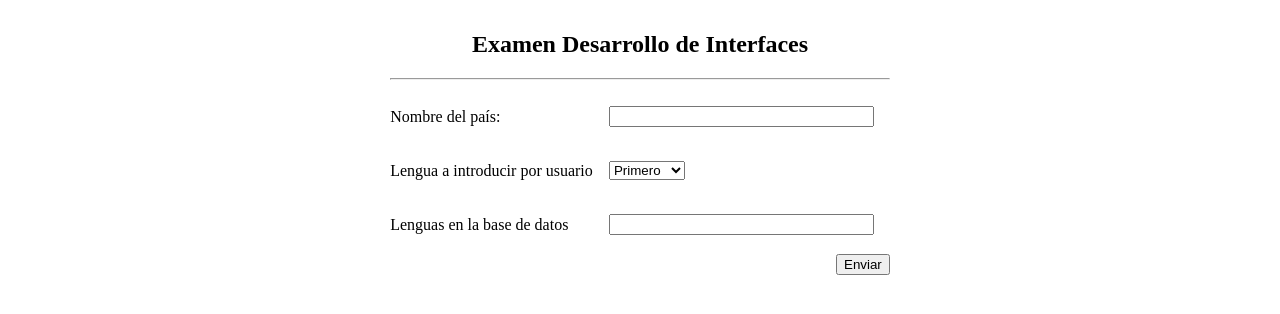
Repository: JulioBernad/ServletExamen
Page: http://localhost/DDI/Inicio.jsp
These files come from the project's save history. The page is drawn as it stood at one moment and after the next save; the edit follows.
The browser window is 1280 px wide. The pictures show the whole page.
The page is served by Tomcat 9. Nobody is signed in. The application's start-up code is not run.

Above is the page before, as saved 2016-11-10 09:36:57.

After the next save:
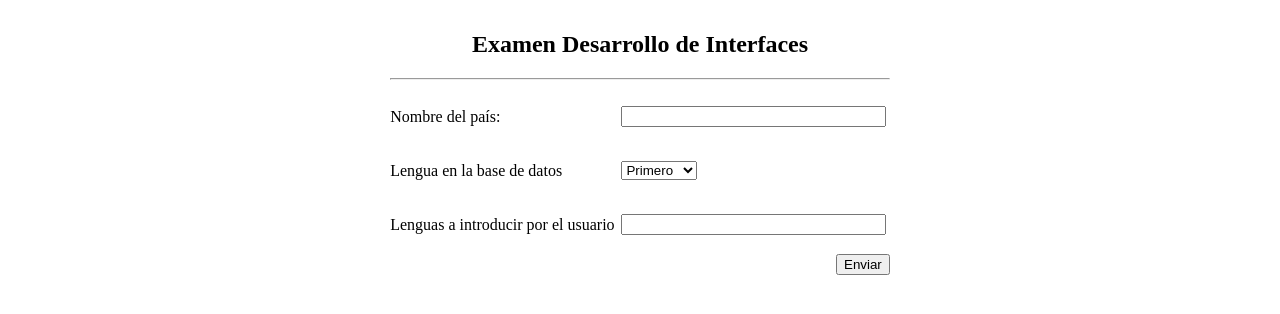
Saved 44 s later.
--- a/DDI/src/main/webapp/Inicio.jsp
+++ b/DDI/src/main/webapp/Inicio.jsp
@@ -17,7 +17,7 @@
 			<td><input type="text" id="pa" name="pa" size="30"></td>
 		</tr>
 		<tr>
-			<td><p>Lengua a introducir por usuario</p></td>
+			<td><p>Lengua en la base de datos</p></td>
 			<td>
 				<select name="curso">
 					<option value="Primero">Primero</option>
@@ -26,7 +26,7 @@
 			</td>
 		</tr>
 		<tr>
-			<td><p>Lenguas en la base de datos</p></td>
+			<td><p>Lenguas a introducir por el usuario</p></td>
 			<td><input type="text" id="l1" name="l1" size="30"></td>
 		</tr>
 		<tr>
